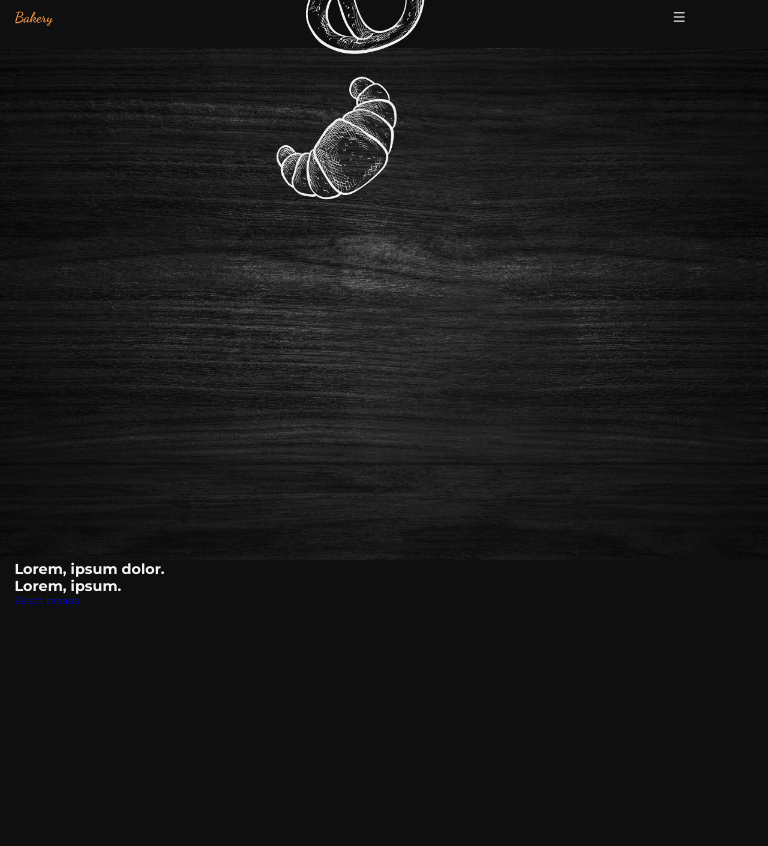
Repository: dinhhaidh/Bakery-web
Page: index.html
These files come from the project's save history. The page is drawn as it stood at one moment and after a run of saves; the edit follows.
The browser window is 1280 px wide. The pictures show the whole page, at 60% of full size.
Some web libraries are served in a nearby version.

Above is the page before, as saved 2024-01-15 20:57:34.

After the next 3 saves:
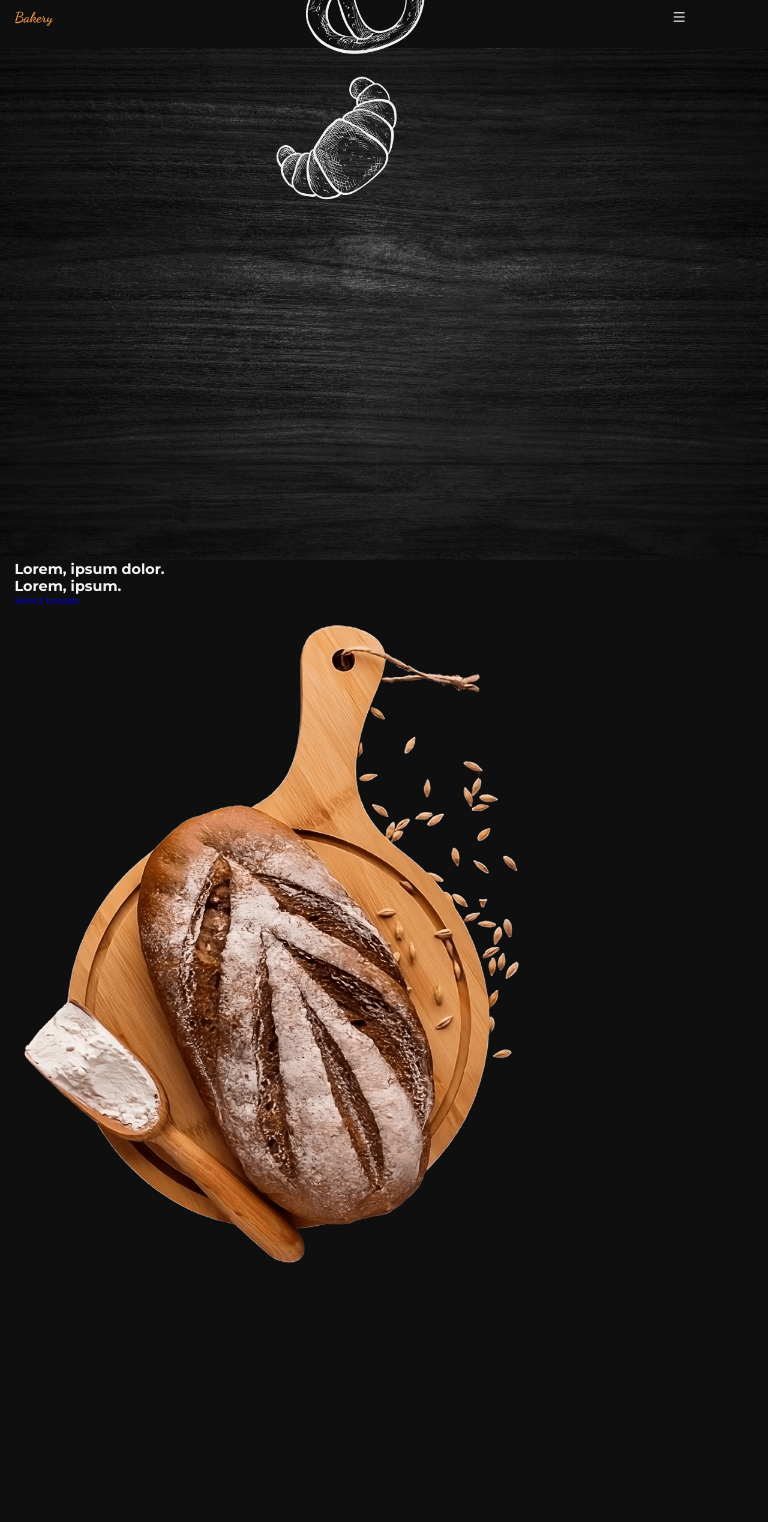
The 3 saves are shown as one change because they came seconds apart.
The last was saved 9 s later.
--- a/index.html
+++ b/index.html
@@ -64,7 +64,7 @@
                 </h1>
                 <a href="#" class="button">Select breads</a>
 
-                <img src="" alt="" class="home__bread">
+                <img src="./img/home-bread.png" alt="image" class="home__bread">
             </div>
         </div>
       </section>
